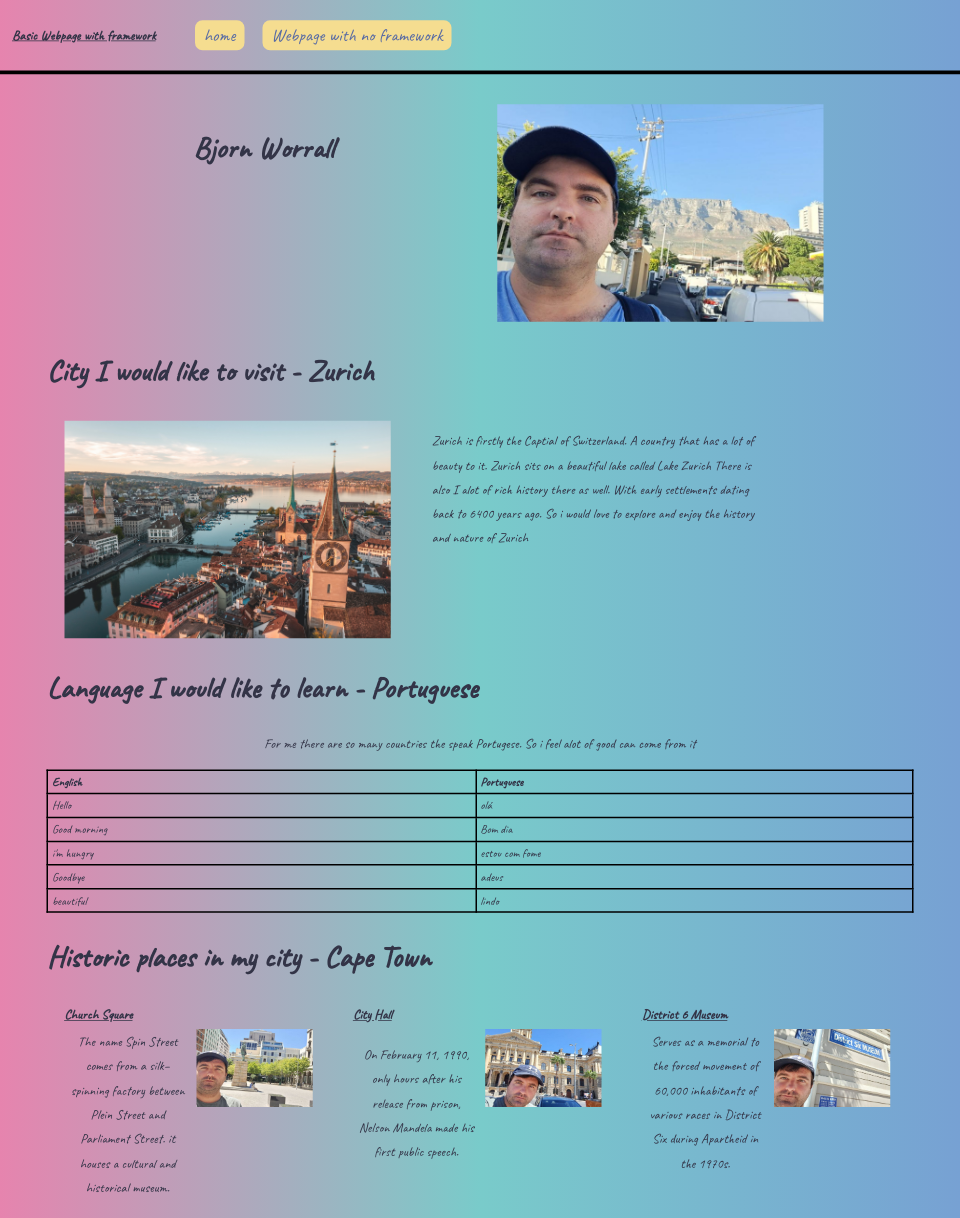
Repository: lasity34/basic-webpage
Page: my - webpage - grid.html
The author's editor kept a copy of each file at every save. The page is drawn from the files as they stood at one save, then again after the next save.
The browser window is 1280 px wide. The pictures show the whole page, at 75% of full size.

Above is the page before, as saved 2023-03-09 14:16:10.

After the next save:
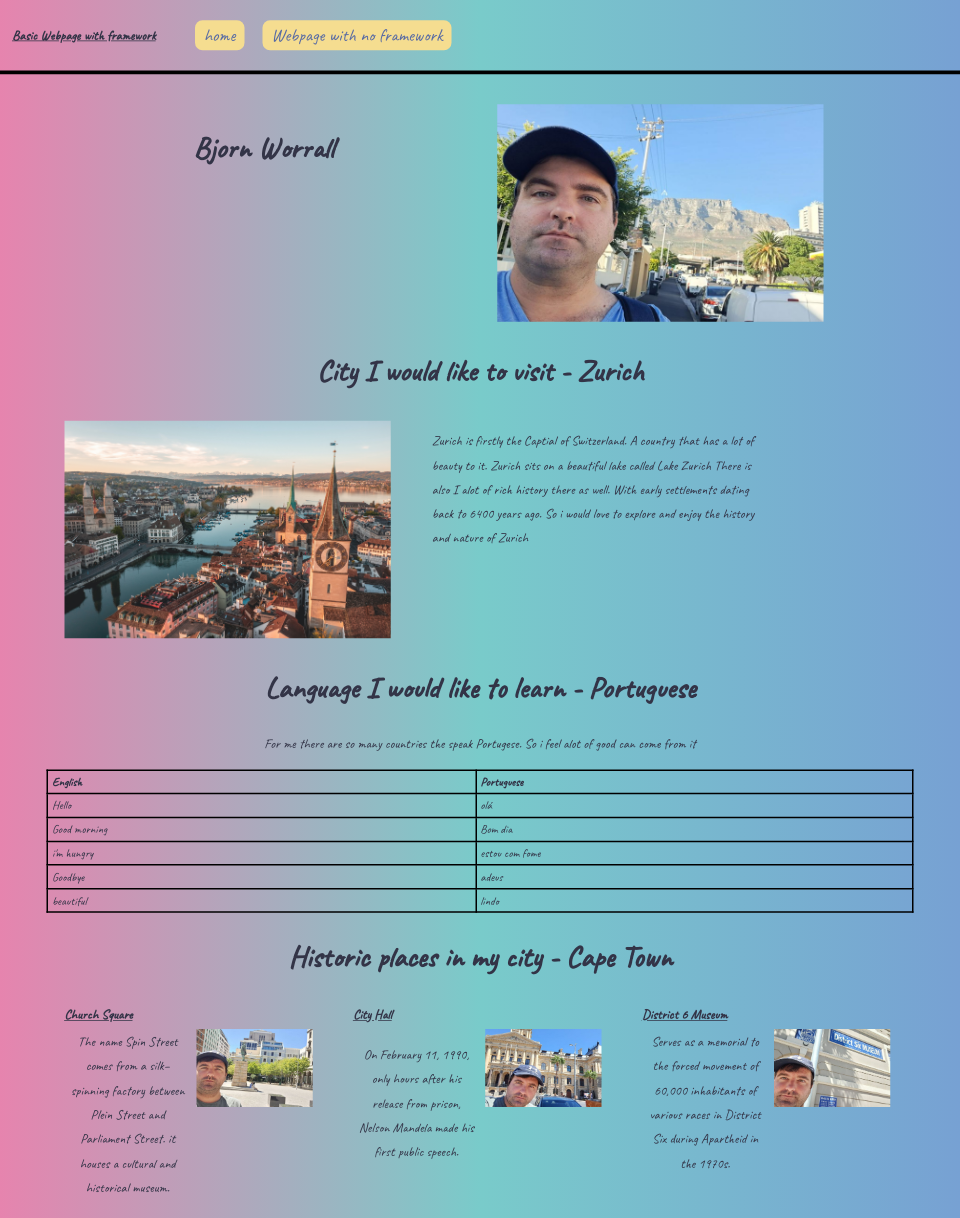
Saved 2 min 6 s later.
--- a/simple-grid.css
+++ b/simple-grid.css
@@ -33,7 +33,6 @@ body {
 
 /* ROOT FONT STYLES */
 
-
 /* TYPOGRAPHY */
 
 h1 {
@@ -269,10 +268,8 @@ p {
 
 #city_container p {
   text-align: left;
- padding: 0.5em;
-}
-
-
+  padding: 0.5em;
+}
 
 header {
   border-bottom: 5px solid black;
@@ -330,7 +327,6 @@ main {
 
 #profile_name {
   align-items: center;
-
 }
 
 #profile_section {
@@ -339,7 +335,7 @@ main {
 
 .align {
   display: flex;
- align-items: center;
+  align-items: center;
 }
 
 .flex {
@@ -431,13 +427,12 @@ th {
     order: -1;
   }
 
-  h1 {
-    text-align: left;
-  }
+
 
   #profile_name {
     text-align: center;
   }
+
   #nav_profile ul {
     display: flex;
   }
@@ -451,6 +446,4 @@ th {
     height: 35vh;
     align-items: flex-start;
   }
-
-
-}
+}
